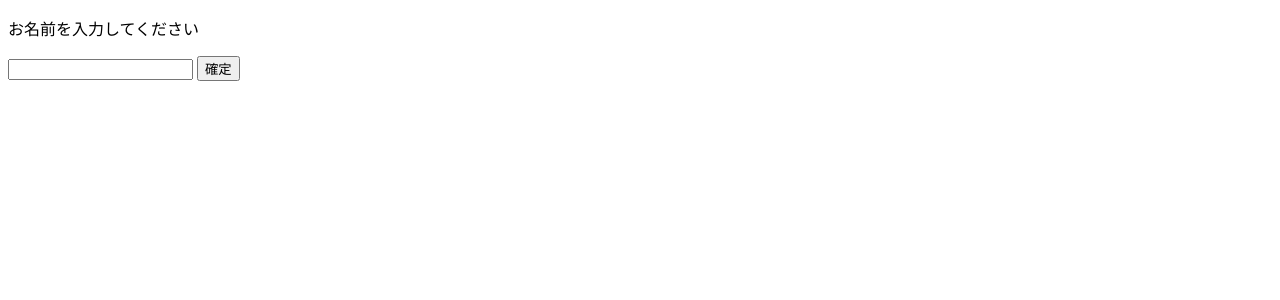
Repository: yusuke413/work-test
Page: http://localhost/HelloJSP/
An editor plug-in stored every save of this project. The page is shown before and after the next save, followed by the edit.
The browser window is 1280 px wide. The pictures show the whole page.
The page is served by Tomcat 9.

Above is the page before, as saved 2018-11-24 06:45:57.

After the next save:
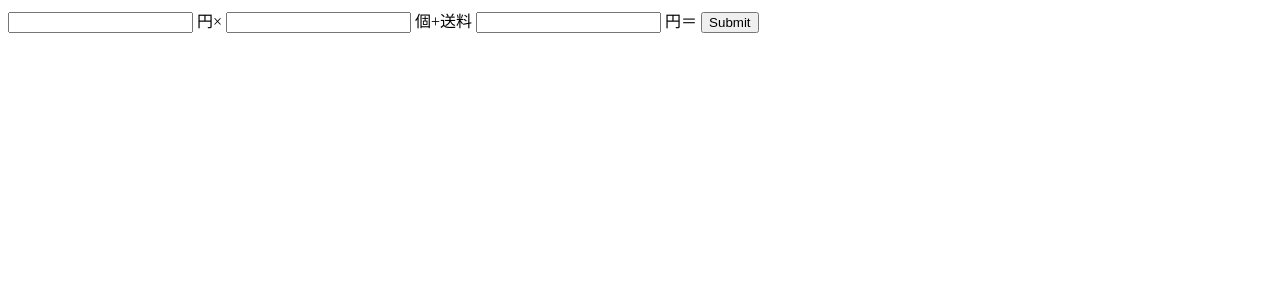
Saved 5 min 23 s later.
--- a/HelloJSP/WebContent/index.jsp
+++ b/HelloJSP/WebContent/index.jsp
@@ -52,13 +52,32 @@ charset=UTF-8" pageEncoding="UTF-8"%>
 <%--         <p><%= Math.random() %> --%>
 
 
-        <p>お名前を入力してください</p>
+<!--         <p>お名前を入力してください</p> -->
 
-        <form moethod = "post" action = "greeting-out.jsp">
+<!--         <form moethod = "post" action = "greeting-out.jsp"> -->
 
-        <input type = "text" name = "user">
+<!--         <input type = "text" name = "user"> -->
 
-        <input type = "submit" value = "確定">
+<!--         <input type = "submit" value = "確定"> -->
+
+<!--         </form> -->
+
+
+        <form method = "text" action = "total-out.jsp">
+
+        <input type = "text" name = "price">
+
+        円×
+
+        <input type = "text" name = "count">
+
+        個+送料
+
+        <input type = "text" name = "delivery">
+
+        円＝
+
+        <input type = "submit" name = "計算">
 
         </form>
 
